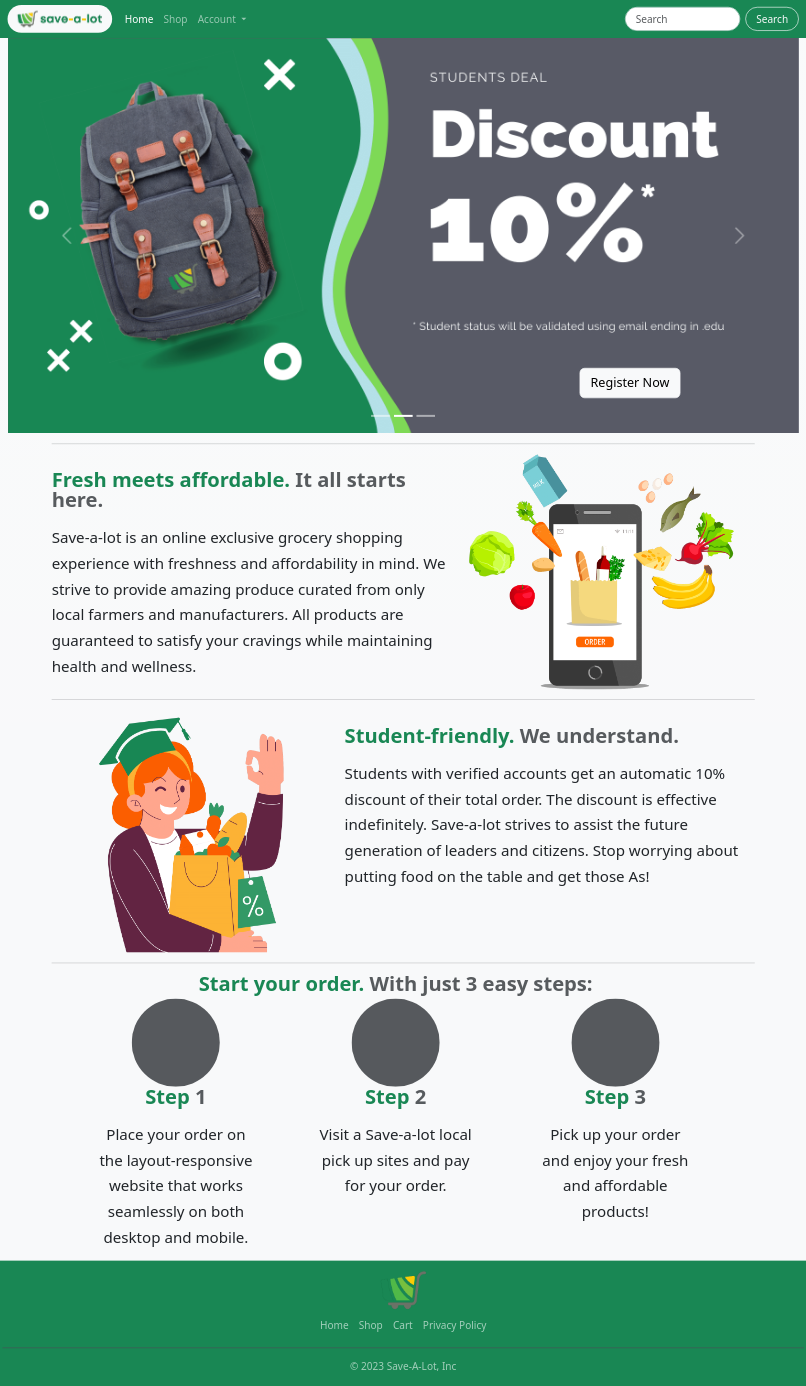
Repository: bill071194/savealot
Page: http://localhost/index
The author's editor kept a record of every edit. The page is drawn from the files as they stood at one moment, then again after the next edit.
The browser window is 1280 px wide. The pictures show the whole page, at 63% of full size.
The page is served by the project's Laravel application, run on PHP 8.4 with Laravel 10. The database holds what the project's SQL file puts in it.

Above is the page before.

After the next edit:
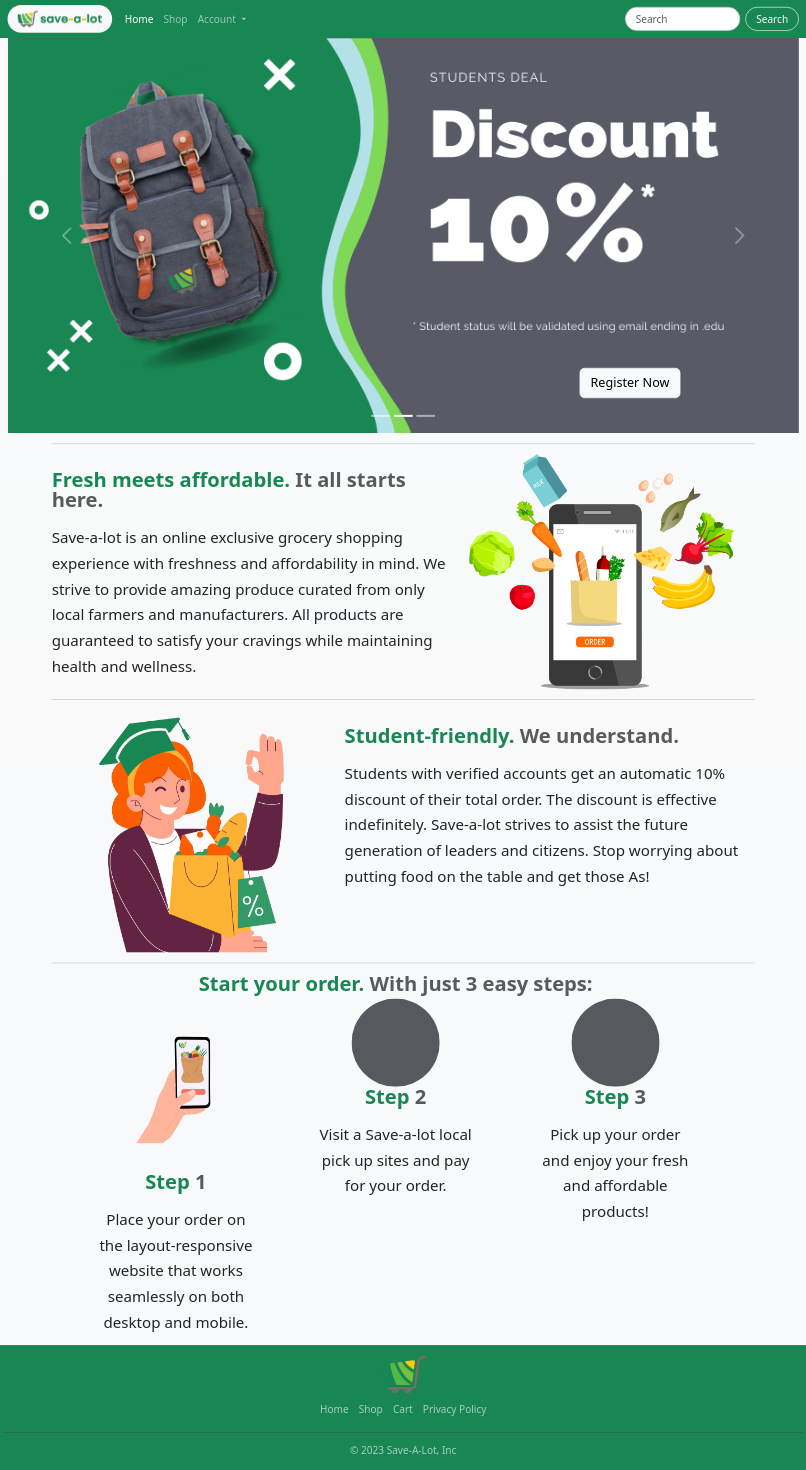
The edit:
--- a/savealot/resources/views/index.blade.php
+++ b/savealot/resources/views/index.blade.php
@@ -84,7 +84,7 @@
     <div class="row featurette justify-content-evenly">
       <h2 class="featurette-heading fw-bold lh-1 text-success text-center">Start your order. <span class="text-body-secondary">With just 3 easy steps:</span></h2>
       <div class="col-lg-3 text-center">
-        <svg class="bd-placeholder-img rounded-circle" width="140" height="140" xmlns="http://www.w3.org/2000/svg" role="img" aria-label="Placeholder" preserveAspectRatio="xMidYMid slice" focusable="false"><title>Placeholder</title><rect width="100%" height="100%" fill="var(--bs-secondary-color)"></rect></svg>
+        <img class="steps" src="pics/step1.png" alt="step1">
         <h2 class="featurette-heading fw-bold lh-1 text-success text-center">Step <span class="text-body-secondary">1</span></h2>
         <p class="lead">Place your order on the layout-responsive website that works seamlessly on both desktop and mobile.</p>
       </div><!-- /.col-lg-4 -->
